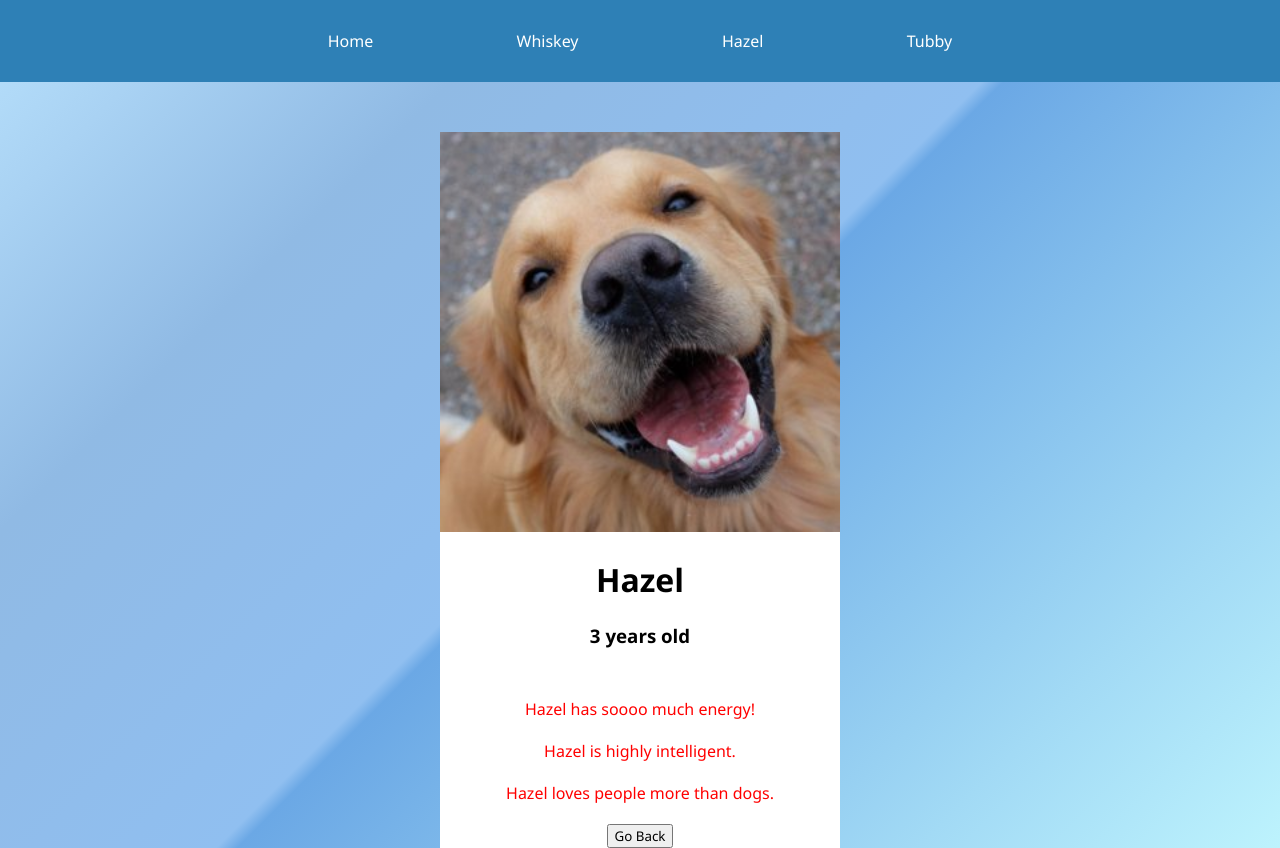
Repository: johnmutina/dog-finder
Page: /dogs/Hazel
These files come from the project's save history. The page is drawn as it stood at one moment and after a run of saves; the edit follows.
The browser window is 1280 px wide. The pictures show the whole page.
The project was rebuilt for these pictures with package versions that can differ from the ones it lists, and the page was loaded fresh each time. Also part of the build but not shown: src/DogFinder.css, src/DogFinder.js.

Above is the page before, as saved 2019-07-28 15:37:37.

### src/App.js
import React, { Component } from "react";
import { Switch, Route, NavLink, Redirect } from "react-router-dom";
import DogFinder from "./DogFinder";
import Dog from "./Dog";
import "./App.css";

// Import all images in image folder
function importAll(r) {
  let images = {};
  r.keys().map((item, index) => {
    images[item.replace("./", "")] = r(item);
  });
  return images;
}

const images = importAll(
  require.context("./assets", false, /\.(gif|jpe?g|svg)$/)
);

class App extends Component {
  static defaultProps = {
    dogs: [
      {
        name: "Whiskey",
        age: 5,
        src: images["whiskey.jpg"],
        facts: [
          "Whiskey loves eating popcorn.",
          "Whiskey is a terrible guard dog.",
          "Whiskey wants to cuddle with you!"
        ]
      },
      {
        name: "Hazel",
        age: 3,
        src: images["hazel.jpg"],
        facts: [
          "Hazel has soooo much energy!",
          "Hazel is highly intelligent.",
          "Hazel loves people more than dogs."
        ]
      },
      {
        name: "Tubby",
        age: 4,
        src: images["tubby.jpg"],
        facts: [
          "Tubby is not the brightest dog",
          "Tubby does not like walks or exercise.",
          "Tubby loves eating food."
        ]
      }
    ]
  };

  render() {
    return (
      <div className="App">
        {/* NAVBAR */}
        <div className="App-navbar">
          <NavLink to="/dogs" activeClassName="App-active-navlink">
            Home
          </NavLink>
          {this.props.dogs.map(dog => (
            <NavLink
              key={dog.name}
              to={`/dogs/${dog.name}`}
              activeClassName="App-active-navlink"
            >
              {dog.name}
            </NavLink>
          ))}
        </div>

        {/* ROUTES SETUP */}

        <Switch>
          <Route
            exact
            path="/dogs"
            render={routeProps => (
              <DogFinder dogs={this.props.dogs} {...routeProps} />
            )}
          />
          <Route
            exact
            path="/dogs/:name"
            render={routeProps => (
              <Dog
                {...this.props.dogs.filter(
                  dog => dog.name == routeProps.match.params.name
                )[0]}
                {...routeProps}
              />
            )}
          />
          <Route render={() => <Redirect to="/dogs" />} />
        </Switch>
      </div>
    );
  }
}

export default App;

### src/Dog.js
import React, { Component } from "react";
import "./Dog.css";

class Dog extends Component {
  render() {
    return (
      <div className="Dog">
        <img src={this.props.src} alt={`${this.props.name}`} />
        <h1>{this.props.name}</h1>
        <h3>{this.props.age} years old</h3>
        <ul>
          {this.props.facts.map(fact => (
            <li>{fact}</li>
          ))}
        </ul>
        <button onClick={this.props.history.goBack}>Go Back</button>
      </div>
    );
  }
}

export default Dog;

### src/App.css
* {
  font-family: "Segoe UI", Tahoma, Geneva, Verdana, sans-serif;
}

.App {
  min-height: 100vh;
  text-align: center;
  background: #b8e1fc; /* Old browsers */
  background: -moz-linear-gradient(
    -45deg,
    #b8e1fc 0%,
    #a9d2f3 10%,
    #90bae4 25%,
    #90bcea 37%,
    #90bff0 50%,
    #6ba8e5 51%,
    #a2daf5 83%,
    #bdf3fd 100%
  ); /* FF3.6-15 */
  background: -webkit-linear-gradient(
    -45deg,
    #b8e1fc 0%,
    #a9d2f3 10%,
    #90bae4 25%,
    #90bcea 37%,
    #90bff0 50%,
    #6ba8e5 51%,
    #a2daf5 83%,
    #bdf3fd 100%
  ); /* Chrome10-25,Safari5.1-6 */
  background: linear-gradient(
    135deg,
    #b8e1fc 0%,
    #a9d2f3 10%,
    #90bae4 25%,
    #90bcea 37%,
    #90bff0 50%,
    #6ba8e5 51%,
    #a2daf5 83%,
    #bdf3fd 100%
  ); /* W3C, IE10+, FF16+, Chrome26+, Opera12+, Safari7+ */
  filter: progid:DXImageTransform.Microsoft.gradient( startColorstr='#b8e1fc', endColorstr='#bdf3fd',GradientType=1 ); /* IE6-9 fallback on horizontal gradient */
}
.App-navbar {
  display: flex;
  background-color: #2e80b6;
  justify-content: space-around;
  padding: 30px 20%;
}

.App-navbar > * {
  color: white;
  text-decoration: none;
  text-transform: capitalize;
}

.App-navbar > *:hover {
  text-decoration: underline;
  font-weight: bolder;
}

### src/Dog.css
.Dog {
  width: 60%;
  max-width: 400px;
  margin: 50px auto 0 auto;
  background: white;
}

.Dog img {
  width: 100%;
}

.Dog ul {
  list-style: none;
  padding-left: 0;
  margin-top: 50px;
  width: 100%;
}

.Dog ul li {
  color: red;
  margin-bottom: 20px;
}

Loaded but not shown: public/index.html (common file); src/index.js (common file); src/index.css (common file); src/serviceWorker.js (common file)

After the next 2 saves:
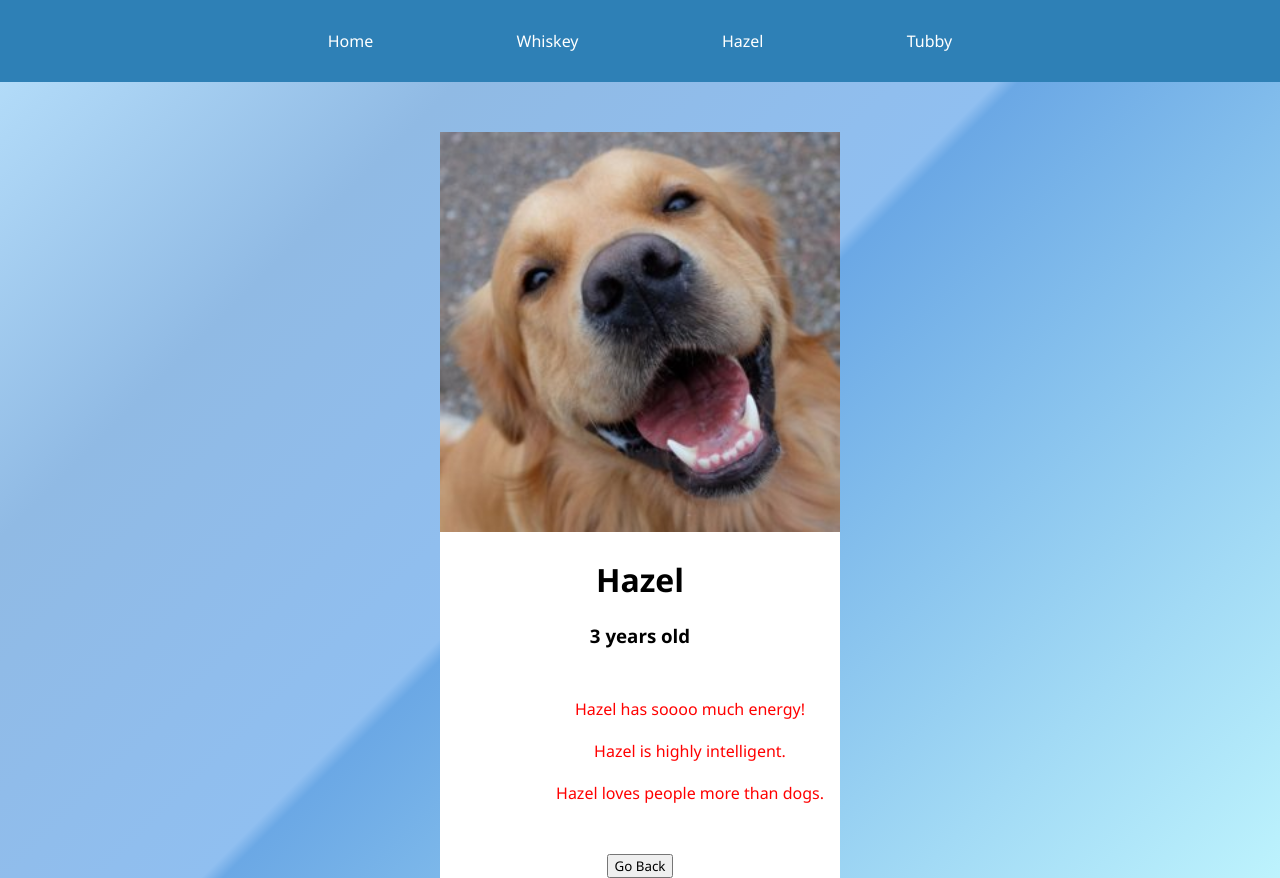
The 2 saves are shown as one change because they came seconds apart.
The last was saved 17 s later.
--- a/src/Dog.css
+++ b/src/Dog.css
@@ -12,7 +12,7 @@
 .Dog ul {
   list-style: none;
   padding-left: 0;
-  margin-top: 50px;
+  margin: 50px;
   width: 100%;
 }
 
